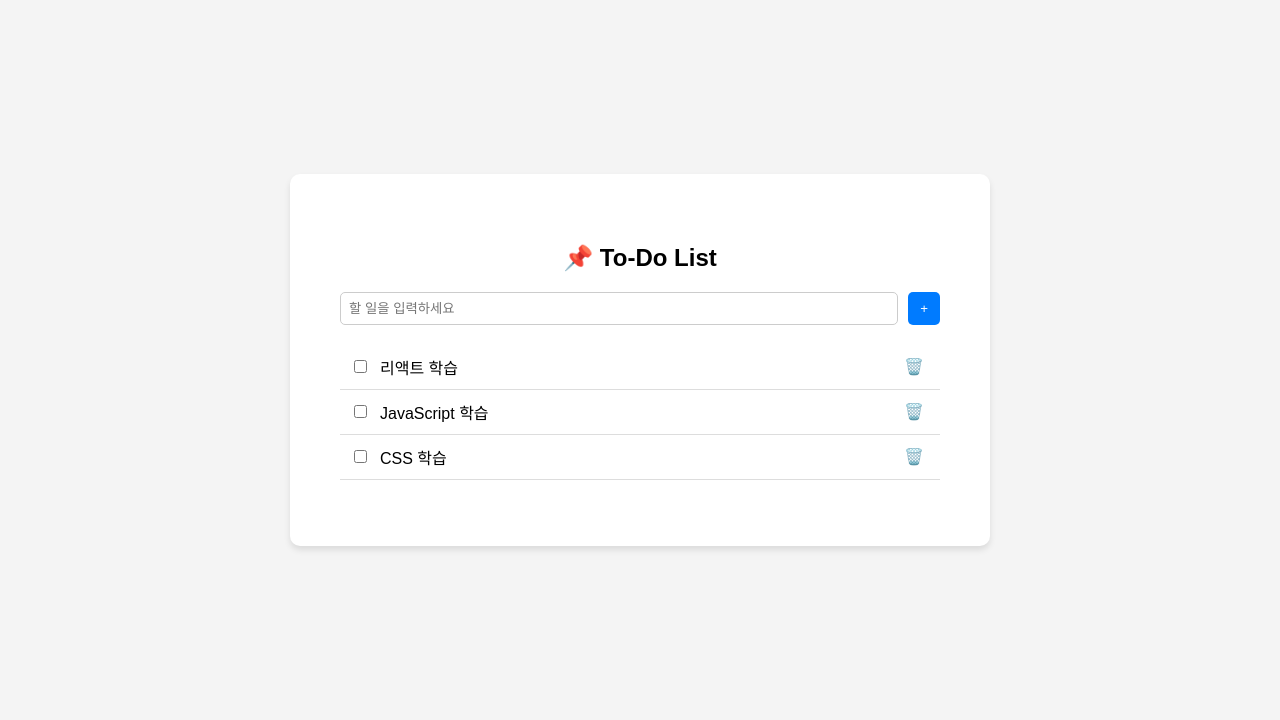
Repository: jongheonleee/todo-list
Page: /
An editor plug-in stored every save of this project. The page is shown before and after the next save, followed by the edit.
The browser window is 1280 px wide. The pictures show the whole page.
The project was rebuilt for these pictures with package versions that can differ from the ones it lists, and the page was loaded fresh each time.

Above is the page before, as saved 2025-02-19 15:36:51.

After the next save:
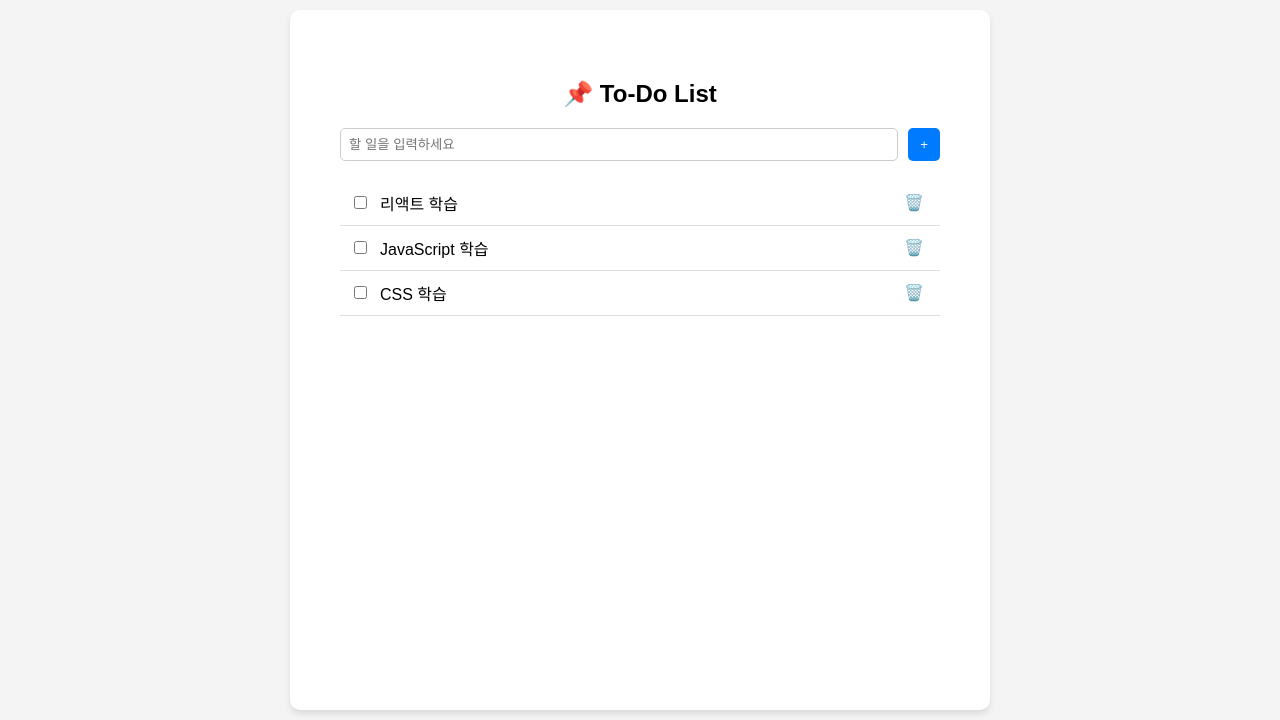
Saved 10 s later.
--- a/src/App.css
+++ b/src/App.css
@@ -15,6 +15,7 @@
   border-radius: 10px;
   box-shadow: 0 4px 6px rgba(0, 0, 0, 0.1);
   width: 600px;
+  height: 600px;
 }
 
 h2 {
